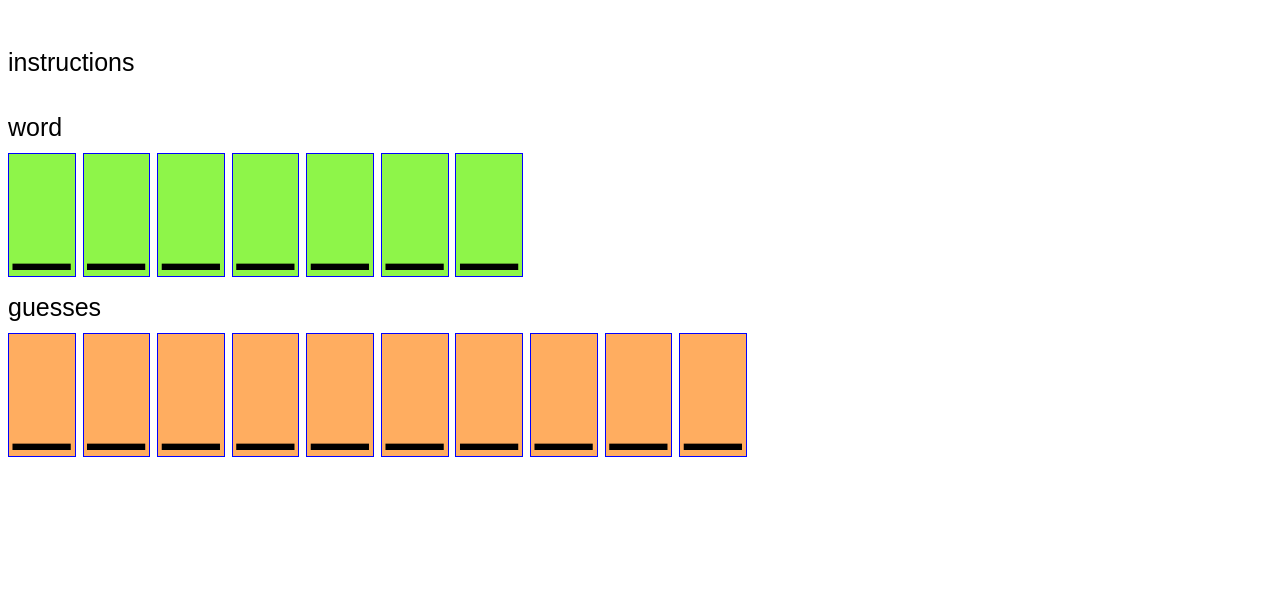
Repository: dsaftler/JavaScript
Page: index.html
An editor plug-in stored every save of this project. The page is shown before and after the next save, followed by the edit.
The browser window is 1280 px wide. The pictures show the whole page.

Above is the page before, as saved 2019-03-28 17:05:52.

After the next save:
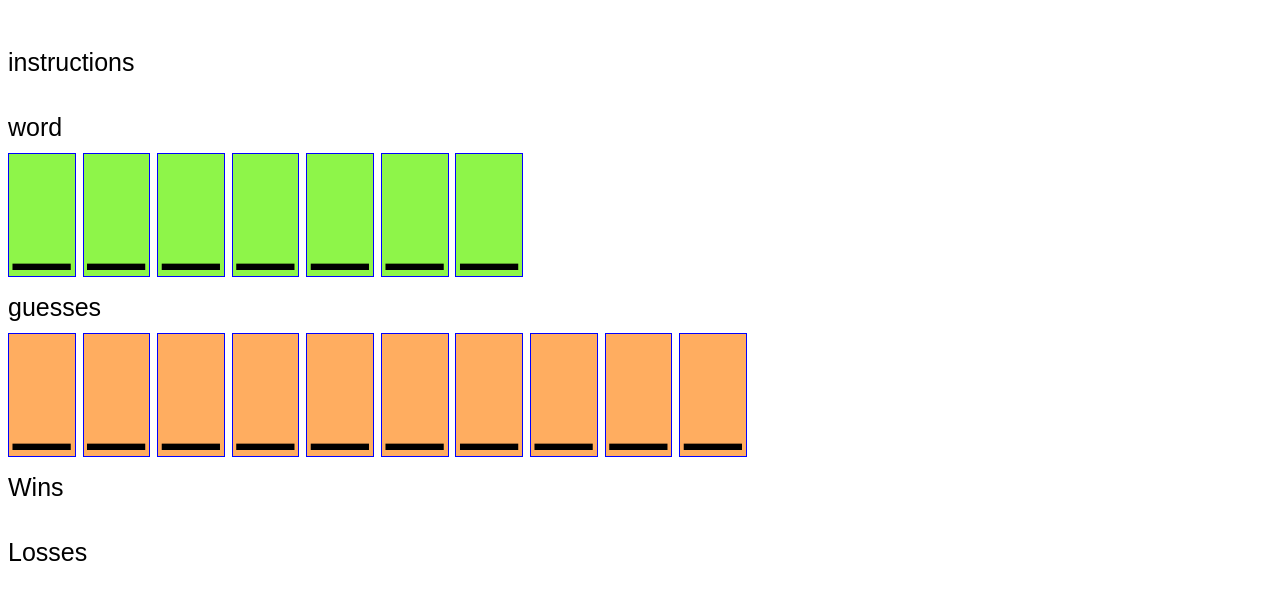
Saved 4 min 55 s later.
--- a/index.html
+++ b/index.html
@@ -22,18 +22,21 @@
 
 
         <div class="guesses showtext">guesses</div>
-        <div class="letter guessed" id="chr_0">_</div>
-            <div class="letter guessed" id="chr_1">_</div>
-            <div class="letter guessed" id="chr_2">_</div>
-            <div class="letter guessed" id="chr_3">_</div>
-            <div class="letter guessed" id="chr_4">_</div>
-            <div class="letter guessed" id="chr_5">_</div>
-            <div class="letter guessed" id="chr_6">_</div>
-            <div class="letter guessed" id="chr_7">_</div>
-            <div class="letter guessed" id="chr_8">_</div>
-            <div class="letter guessed" id="chr_9">_</div>
+
+        <div class="letter guessed" id="guess_0">_</div>
+        <div class="letter guessed" id="guess_1">_</div>
+        <div class="letter guessed" id="guess_2">_</div>
+        <div class="letter guessed" id="guess_3">_</div>
+        <div class="letter guessed" id="guess_4">_</div>
+        <div class="letter guessed" id="guess_5">_</div>
+        <div class="letter guessed" id="guess_6">_</div>
+        <div class="letter guessed" id="guess_7">_</div>
+        <div class="letter guessed" id="guess_8">_</div>
+        <div class="letter guessed" id="guess_9">_</div>
 
 
+      <div class="showtext" id="showWins">Wins</div>
+      <div class="showtext" id="showLosses">Losses</div>
       </div>
 
 
